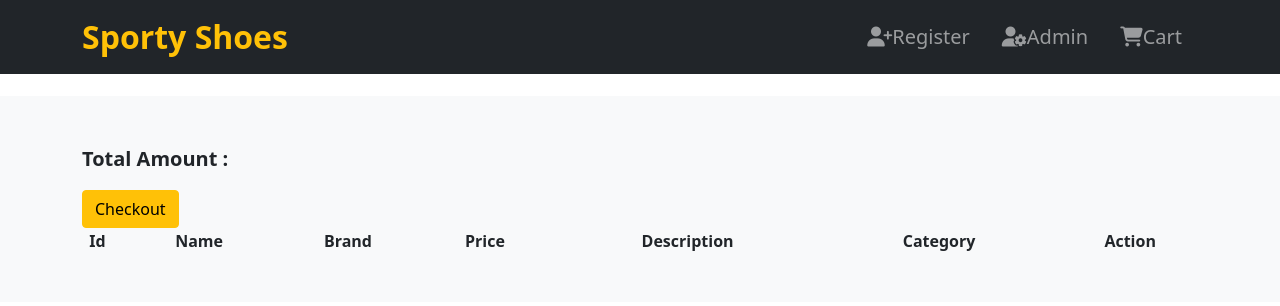
Repository: Niks4u2/SportyShoes
Page: http://localhost/cart
The author's editor kept a copy of each file at every save. The page is drawn from the files as they stood at one save, then again after the next save.
The browser window is 1280 px wide. The pictures show the whole page.
Some web libraries are served in a nearby version. The page is this project's Thymeleaf template; nobody is signed in. The template is opened directly, without the code that normally fills it, so the values that code supplies are empty.

Above is the page before, as saved 2021-11-09 17:23:33.

After the next save:
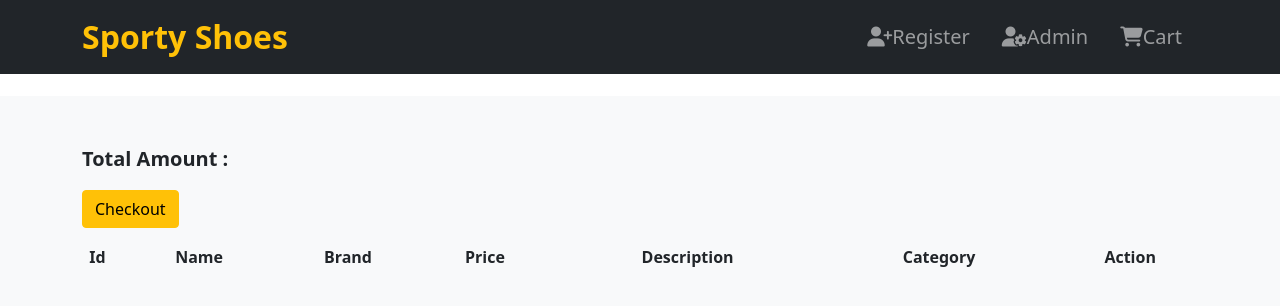
Saved 89 s later.
--- a/Source Code/sporty-shoes/src/main/resources/templates/cart.html
+++ b/Source Code/sporty-shoes/src/main/resources/templates/cart.html
@@ -49,7 +49,7 @@
             <div class="row align-items-center justify-content-center">
 				<div class="col">
 					<p class="fw-bold lead">Total Amount : <span th:text="${total}"></span ></p >
-					<a th:href="@{/checkout}" class="btn btn-warning">Checkout</a>
+					<a th:href="@{/checkout}" class="btn btn-warning mb-3">Checkout</a>
 				</div >
                 <table style="width: 100%; text-align: center;">
                     <tr>
